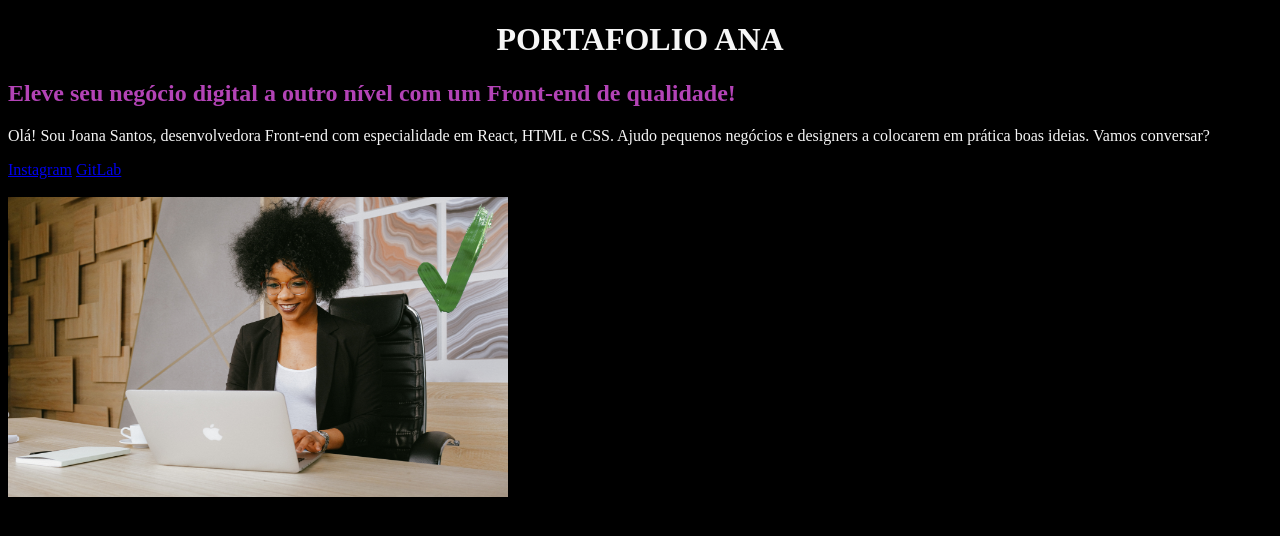
Repository: AnaFzCz/PROYECTOS-HTML---CSS2
Page: Portafolio/index.html
An editor plug-in stored every save of this project. The page is shown before and after the next save, followed by the edit.
The browser window is 1280 px wide. The pictures show the whole page.

Above is the page before, as saved 2025-01-22 12:58:07.

### Portafolio/index.html
<!DOCTYPE html>
<html lang="en">
<head>
    <meta charset="UTF-8">
    <meta http-equiv="X-UA-Compatible" content="IE=edge">
    <meta name="viewport" content="width=device-width, initial-scale=1.0">
    <title>Portafolio</title>
    <link rel="stylesheet" href="style.css">
</head>
<body>
    <header>

    </header>
    <main>
        <h1 style="text-align: center;">PORTAFOLIO ANA</h1>
        <h2 style="color:#B343B6">Eleve seu negócio digital a outro nível <strong>com um Front-end de qualidade!</strong></h2>
        <p>Olá! Sou Joana Santos, desenvolvedora Front-end com especialidade em React, HTML e CSS. Ajudo pequenos negócios e designers a colocarem em prática boas ideias. Vamos conversar?</p>

        <div >
        <a href="https://instagram.com">Instagram</a>
        <a href="https://github.com/AnaFzCz">GitLab</a>
        <br>
        <br>
        <img src="home-office.jpg" alt="homeoffice" style="width:500px;height: 300px;">
        </div>
    </main>
    <footer></footer>
</body>
</html>

### Portafolio/style.css
body{
   background-color: black;
   color:#F6F6F6;

}
/*h1 {
    color: #333333;

}
button {
    background-color: green;
    color: white;

}
footer {
    background-color: gray;
    color: white;

}
a {
    color: DodgerBlue;

}*/

After the next save:
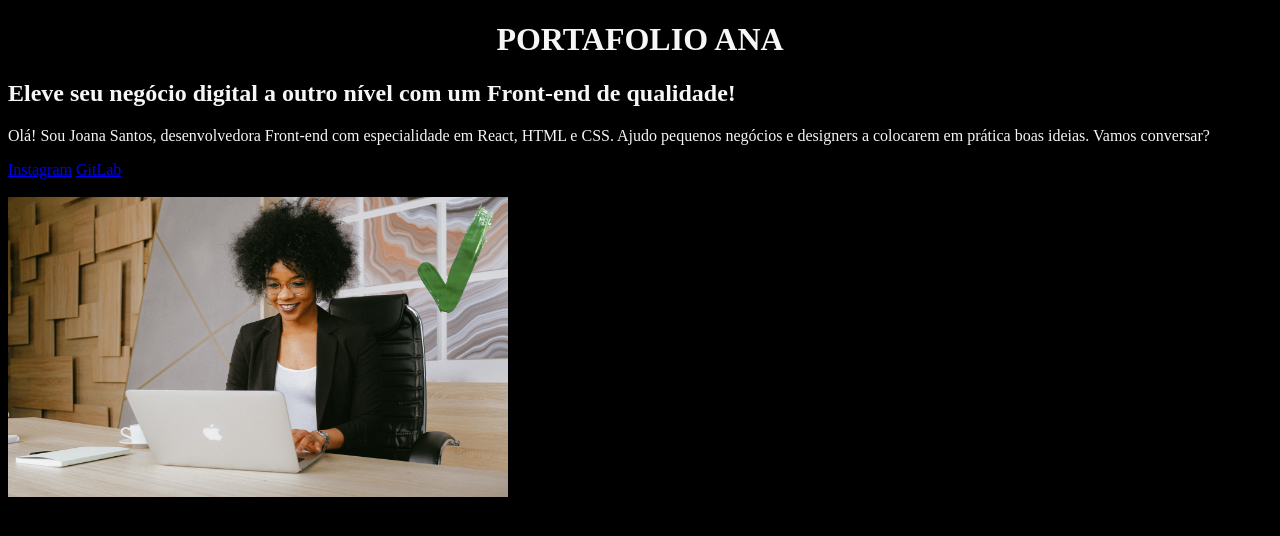
Saved 78 s later.
--- a/Portafolio/index.html
+++ b/Portafolio/index.html
@@ -13,7 +13,7 @@
     </header>
     <main>
         <h1 style="text-align: center;">PORTAFOLIO ANA</h1>
-        <h2 style="color:#B343B6">Eleve seu negócio digital a outro nível <strong>com um Front-end de qualidade!</strong></h2>
+        <h2>Eleve seu negócio digital a outro nível <strong>com um Front-end de qualidade!</strong></h2>
         <p>Olá! Sou Joana Santos, desenvolvedora Front-end com especialidade em React, HTML e CSS. Ajudo pequenos negócios e designers a colocarem em prática boas ideias. Vamos conversar?</p>
 
         <div >
